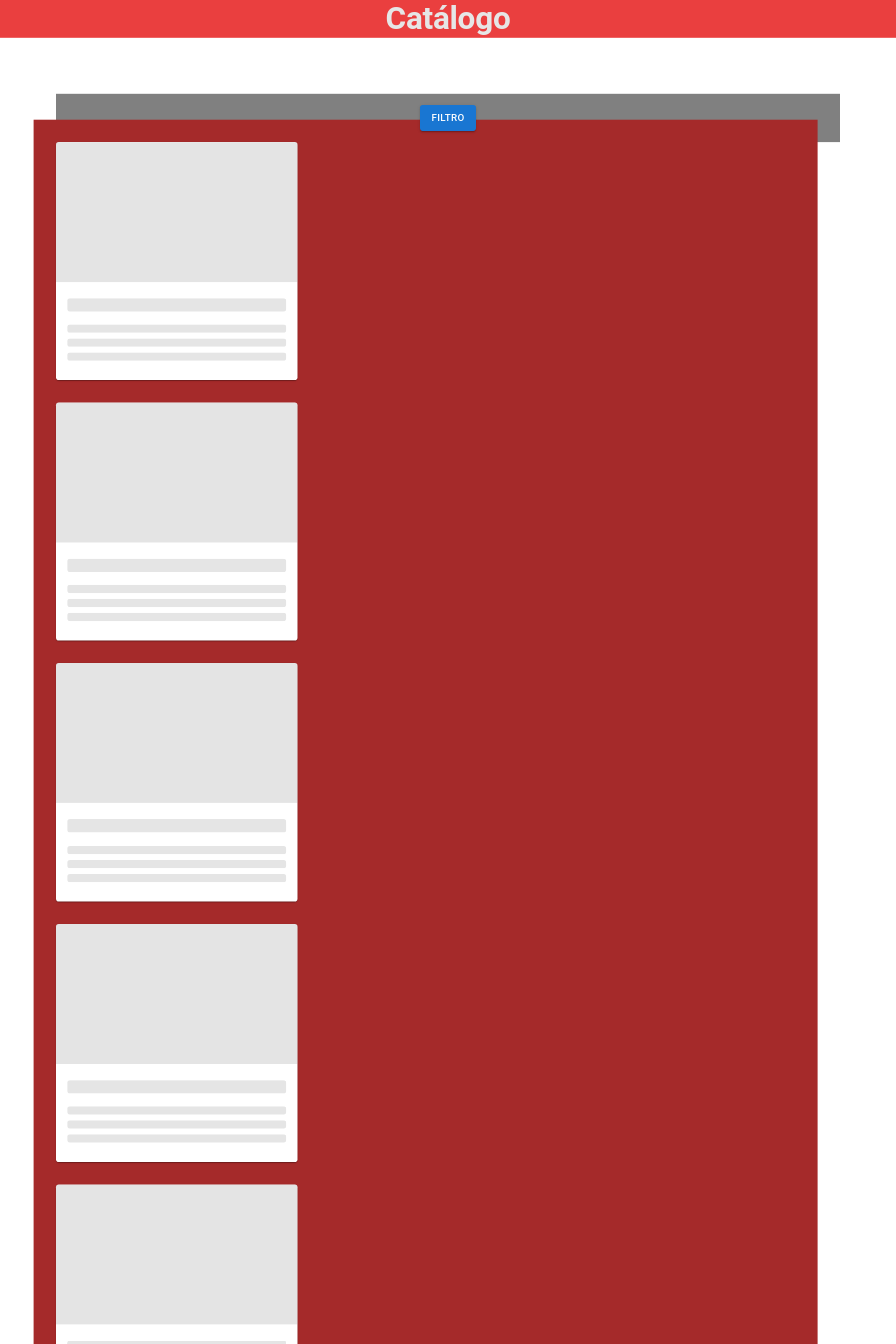
Repository: lenx0/PokeWiki-Front
Page: /
These files come from the project's save history. The page is drawn as it stood at one moment and after the next save; the edit follows.
The browser window is 1280 px wide. The pictures show the part of the page from y = 0 to 1920 px (the page is 4840 px tall before and 4456 px after), at 70% of full size.
The page's requests for data from a server got no answer. The project was rebuilt for these pictures with package versions that can differ from the ones it lists, and the page was loaded fresh each time. The framework's server and built-in components were replaced by stand-ins that run in the browser. No one was signed in, and anything a server would have sent is missing. Also part of the build but not shown: next.config.mjs.

Above is the page before, as saved 2024-02-17 12:25:36.

After the next save:
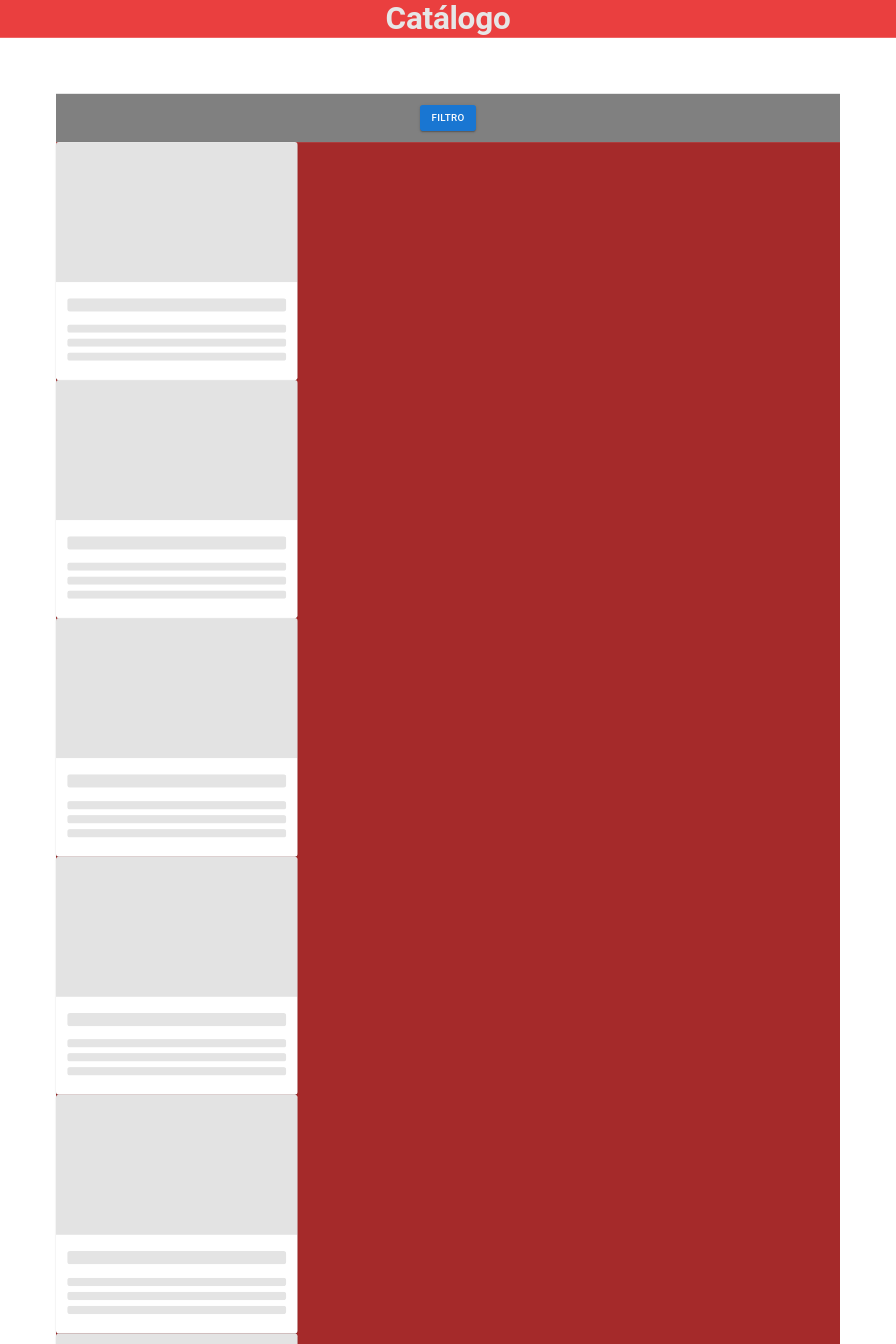
Saved 15 s later.
--- a/src/app/components/Cards/index.jsx
+++ b/src/app/components/Cards/index.jsx
@@ -59,7 +59,7 @@
           <Button variant="contained">Filtro</Button>
         </Grid>
       </Grid>
-      <Grid container xl={12} lg={12} backgroundColor="brown" justifyContent="center" spacing={4}>
+      <Grid container xl={12} lg={12} backgroundColor="brown" justifyContent="center" spacing={0}>
         {(loading || pokemonList.length === 0) &&
           Array.from({ length: itemsPerPage }).map((_, index) => (
             <Grid item xl={12} lg={12} xs={12} sm={6} md={4} key={index}>

After the save that followed:
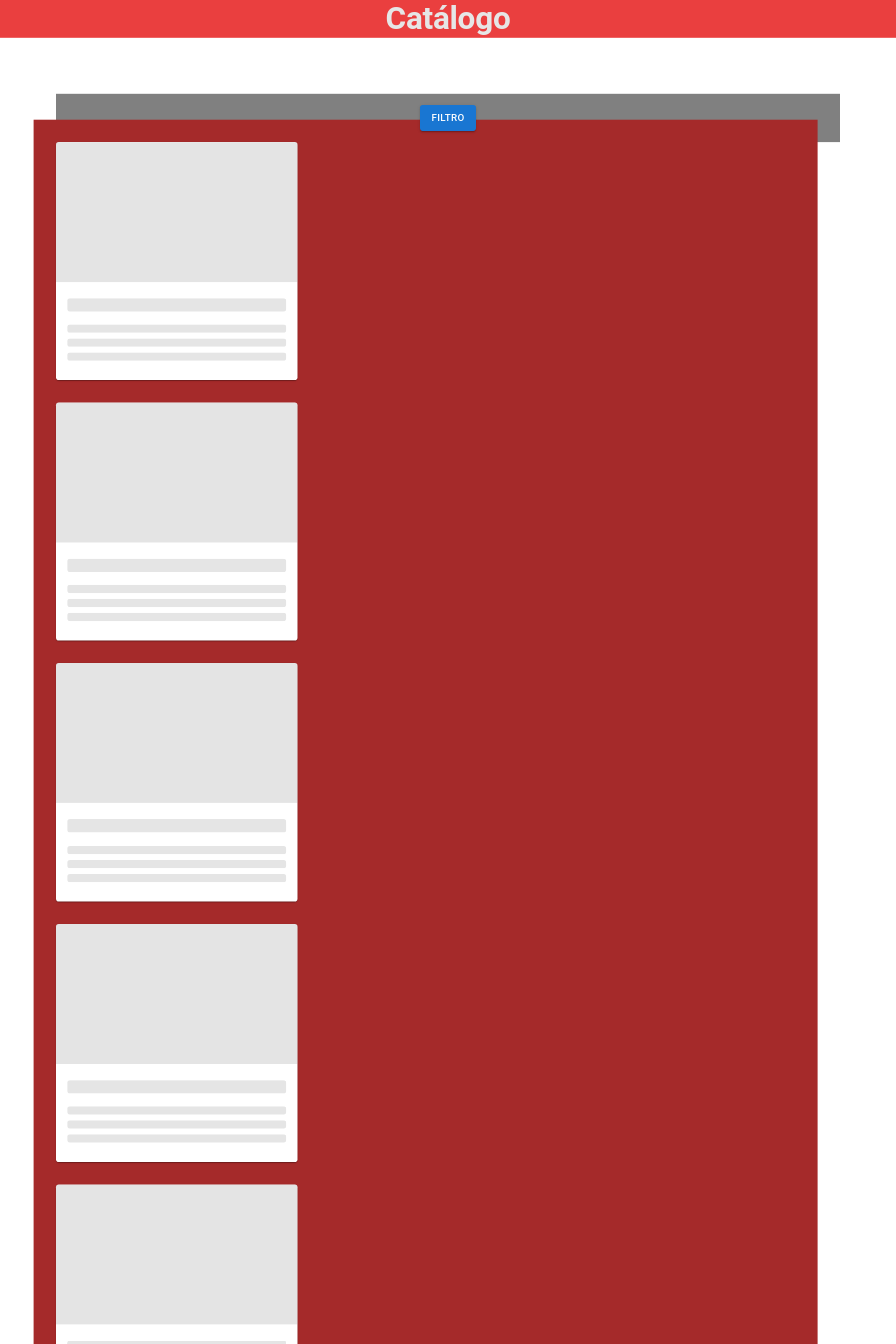
Saved 6 s later.
--- a/src/app/components/Cards/index.jsx
+++ b/src/app/components/Cards/index.jsx
@@ -59,7 +59,7 @@
           <Button variant="contained">Filtro</Button>
         </Grid>
       </Grid>
-      <Grid container xl={12} lg={12} backgroundColor="brown" justifyContent="center" spacing={0}>
+      <Grid container xl={12} lg={12} backgroundColor="brown" justifyContent="center" spacing={4}>
         {(loading || pokemonList.length === 0) &&
           Array.from({ length: itemsPerPage }).map((_, index) => (
             <Grid item xl={12} lg={12} xs={12} sm={6} md={4} key={index}>
